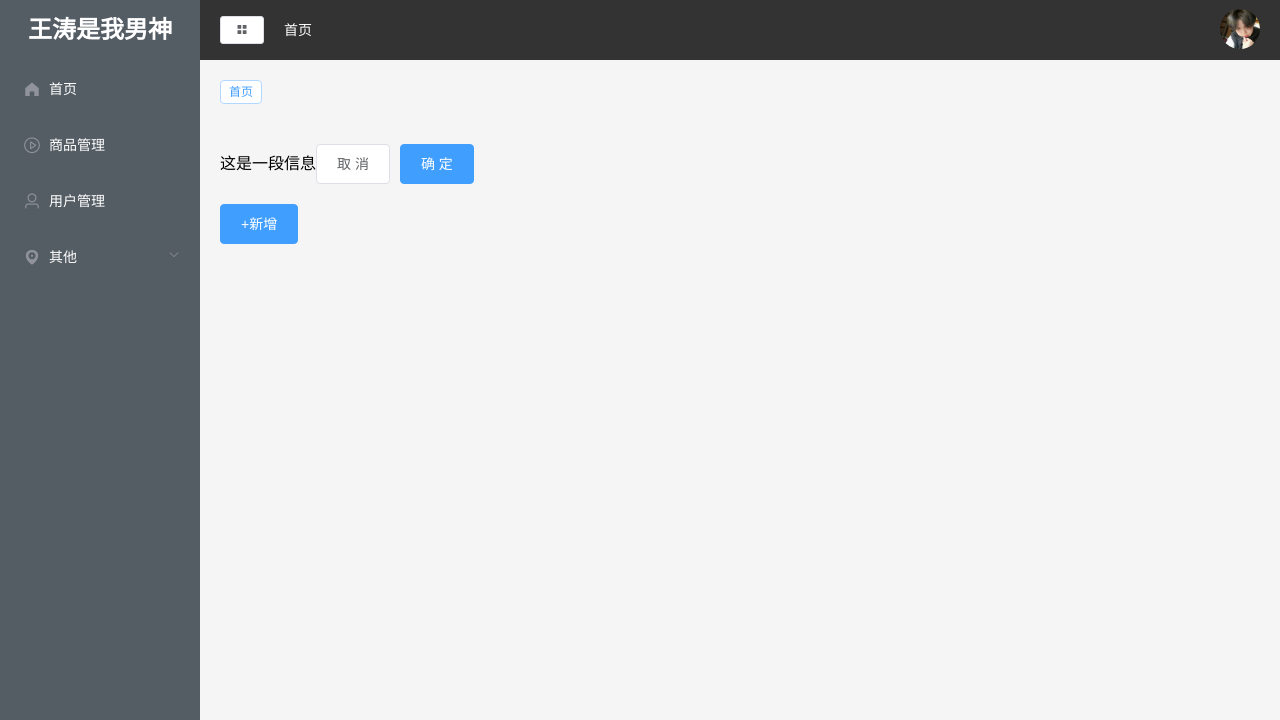
Repository: wangtao20230308/-
Page: /user
These files come from the project's save history. The page is drawn as it stood at one moment and after the next save; the edit follows.
The browser window is 1280 px wide. The pictures show the whole page.
The project was rebuilt for these pictures with package versions that can differ from the ones it lists, and the page was loaded fresh each time. Also part of the build but not shown: src/utils/requst.js, src/api/index.js, src/views/Home.vue, src/views/Mall.vue, src/views/PageOne.vue, src/views/PageTwo.vue.

Above is the page before, as saved 2023-03-24 12:43:30.

After the next save:
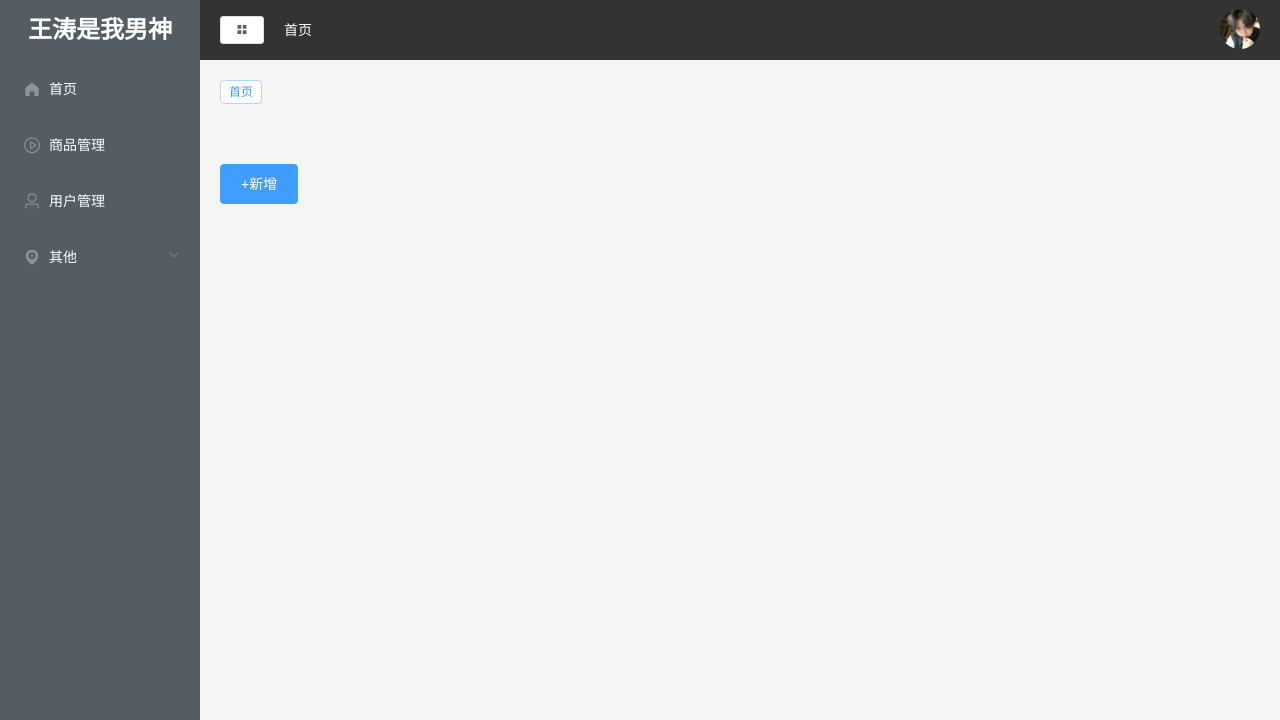
Saved 64 s later.
--- a/src/main.js
+++ b/src/main.js
@@ -7,7 +7,7 @@ import App from './App.vue'
 // Vue.use(ElementUI);
 
 //ele按需导入
-import { Tag, Breadcrumb, BreadcrumbItem, Table, TableColumn, Col, Row, Card, Button, Radio, Container, Aside, Header, Main, Menu, Submenu, MenuItemGroup, MenuItem, Dropdown, DropdownMenu, DropdownItem } from 'element-ui'
+import { Dialog, Tag, Breadcrumb, BreadcrumbItem, Table, TableColumn, Col, Row, Card, Button, Radio, Container, Aside, Header, Main, Menu, Submenu, MenuItemGroup, MenuItem, Dropdown, DropdownMenu, DropdownItem } from 'element-ui'
 import 'element-ui/lib/theme-chalk/index.css'
 import './assets/less/index.less'
 Vue.use(Button)
@@ -31,6 +31,7 @@ Vue.use(TableColumn)
 Vue.use(Breadcrumb)
 Vue.use(BreadcrumbItem)
 Vue.use(Tag)
+Vue.use(Dialog)
 
 //路由引入
 import router from './router'
